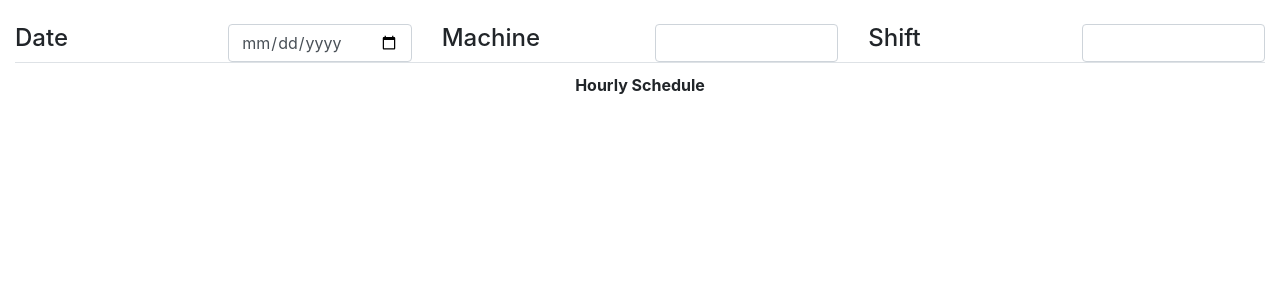
Repository: hisamit97/TVS-Locas
Page: index.html
An editor plug-in stored every save of this project. The page is shown before and after the next save, followed by the edit.
The browser window is 1280 px wide. The pictures show the whole page.

Above is the page before, as saved 2020-11-30 12:45:01.

### index.html
<html>

<head>
    <title>TVS LoCas</title>
    <link rel="stylesheet" href="https://cdn.jsdelivr.net/npm/bootstrap@4.5.3/dist/css/bootstrap.min.css" integrity="sha384-TX8t27EcRE3e/ihU7zmQxVncDAy5uIKz4rEkgIXeMed4M0jlfIDPvg6uqKI2xXr2" crossorigin="anonymous">

<!-- jQuery and JS bundle w/ Popper.js -->
<script src="https://code.jquery.com/jquery-3.5.1.slim.min.js" integrity="sha384-DfXdz2htPH0lsSSs5nCTpuj/zy4C+OGpamoFVy38MVBnE+IbbVYUew+OrCXaRkfj" crossorigin="anonymous"></script>
<script src="https://cdn.jsdelivr.net/npm/bootstrap@4.5.3/dist/js/bootstrap.bundle.min.js" integrity="sha384-ho+j7jyWK8fNQe+A12Hb8AhRq26LrZ/JpcUGGOn+Y7RsweNrtN/tE3MoK7ZeZDyx" crossorigin="anonymous"></script>
</head>
<body>
    <div class="container-fluid">
        <div class="row">
            <div class="col-md-4"></div>
            <div class="col-md-4"></div>
            <div class="col-md-4"></div>
        </div>
        <br>
        <div class="row" >
            <div class="col-md-4">
                <div class="row">
                    <div class="col-md-6"><h4>Date</h4></div>
                    <div class="col-md-6"><input type="date" class="form-control mr-3"></div>
                </div>
            </div>
            <div class="col-md-4">
                <div class="row">
                    <div class="col-md-6"><h4>Machine</h4></div>
                    <div class="col-md-6"><input type="text" class="form-control"></div>
                </div>
            </div>
            <div class="col-md-4">
                <div class="row">
                    <div class="col-md-6"><h4>Shift</h4></div>
                    <div class="col-md-6"><input type="text" class="form-control"></div>
                </div>
            </div>
        </div>
        <div class="row">
            <div class="col-md-12">
                <table class="table">
                   <tr style="text-align: center;">
                       <th>Hourly Schedule</th>
                   </tr>
                   <tr>

                    </tr>
                </table>
            </div>
        </div>
    </div>
</body>
</html>

After the next save:
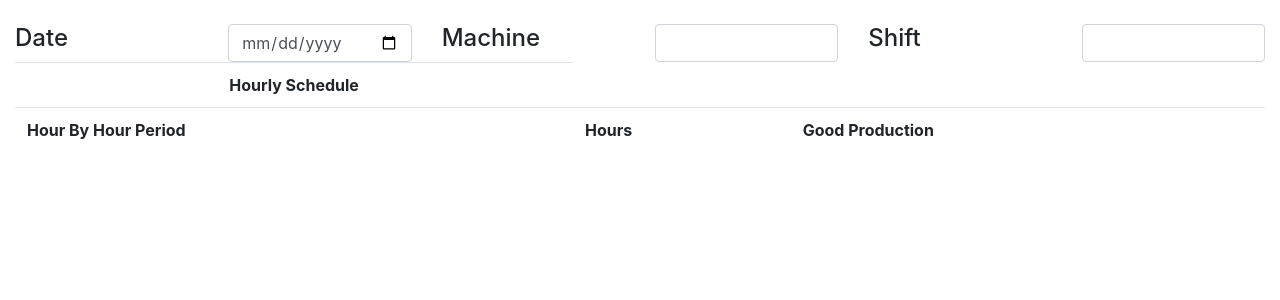
Saved 112 s later.
--- a/index.html
+++ b/index.html
@@ -43,7 +43,9 @@
                        <th>Hourly Schedule</th>
                    </tr>
                    <tr>
-
+                       <th>Hour By Hour Period</th>
+                       <th>Hours</th>
+                       <th>Good Production</th>
                     </tr>
                 </table>
             </div>
